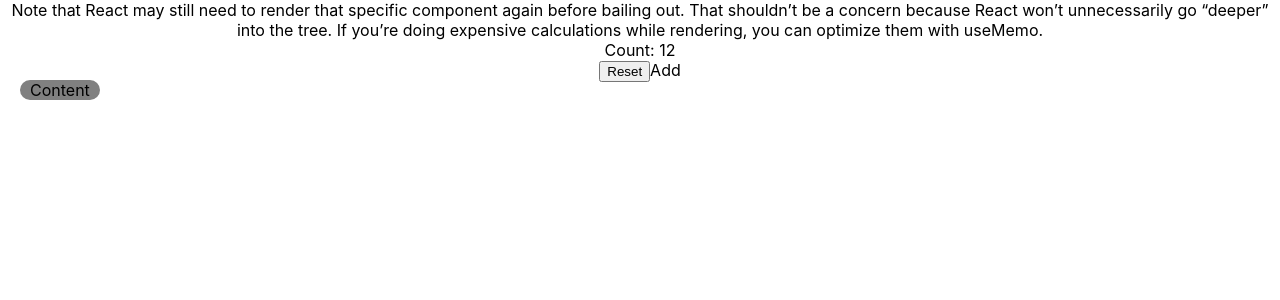
Repository: Farbod29/React-text-highlighter-with-hook-
Page: /
These files come from the project's save history. The page is drawn as it stood at one moment and after a run of saves; the edit follows.
The browser window is 1280 px wide. The pictures show the whole page.
The project was rebuilt for these pictures with package versions that can differ from the ones it lists, and the page was loaded fresh each time.

Above is the page before, as saved 2022-02-18 21:07:00.

### src/App.js
import './App.css';
import Highlighter from './highlighter';
function App() {
  return (
    <div className="App">
      <Highlighter />
    </div>
  );
}

export default App;

### src/highlighter.js
import React, { useEffect, useState } from 'react';

export default function Highlighter() {
  let doit = () => {
    document.onmouseup = () => {
      console.log(window.getSelection().toString());
    };
  };
  const [count, setCount] = useState(12);
  return (
    <>
      <div>
        {' '}
        Note that React may still need to render that specific component again
        before bailing out. That shouldn’t be a concern because React won’t
        unnecessarily go “deeper” into the tree. If you’re doing expensive
        calculations while rendering, you can optimize them with useMemo.
      </div>
      Count: {count}
      {/* <button onClick={() => setCount((prevCount) => prevCount - 1)}>-</button> */}
      <div>
        <div
          style={{
            padding: '0px 10px',
            position: 'fixed',
            height: '100 px',
            width: '500 vi',
            margin: '20px',
            borderRadius: '12px',
            backgroundColor: 'gray',
            inline: true,
            fontColor: 'red',
            textAlign: 'center',
          }}
        >
          Content
        </div>
        <button onClick={() => setCount(12)}>Reset</button>
        Add {doit()}
      </div>
    </>
  );
}

Loaded but not shown: public/index.html (common file); src/index.js (common file); src/index.css (common file); src/reportWebVitals.js (common file); src/App.css (common file)

After the next 2 saves:
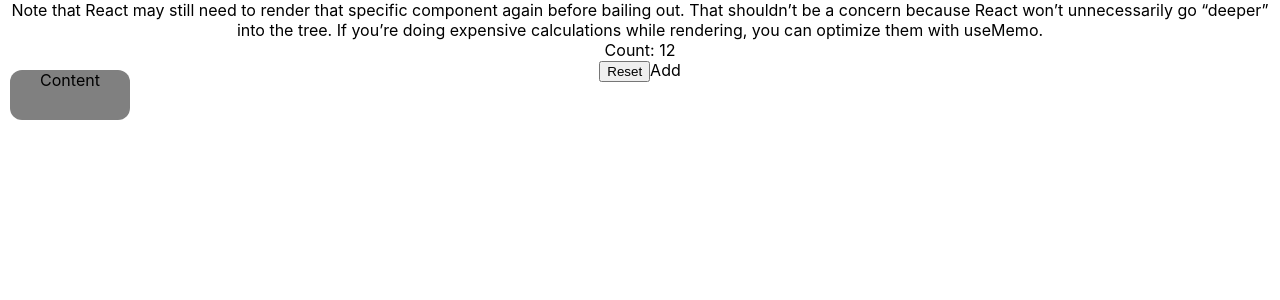
The 2 saves are shown as one change because they came seconds apart.
The last was saved 22 s later.
--- a/src/highlighter.js
+++ b/src/highlighter.js
@@ -23,9 +23,9 @@ export default function Highlighter() {
           style={{
             padding: '0px 10px',
             position: 'fixed',
-            height: '100 px',
-            width: '500 vi',
-            margin: '20px',
+            height: '50px',
+            width: '100px',
+            margin: '10px',
             borderRadius: '12px',
             backgroundColor: 'gray',
             inline: true,
